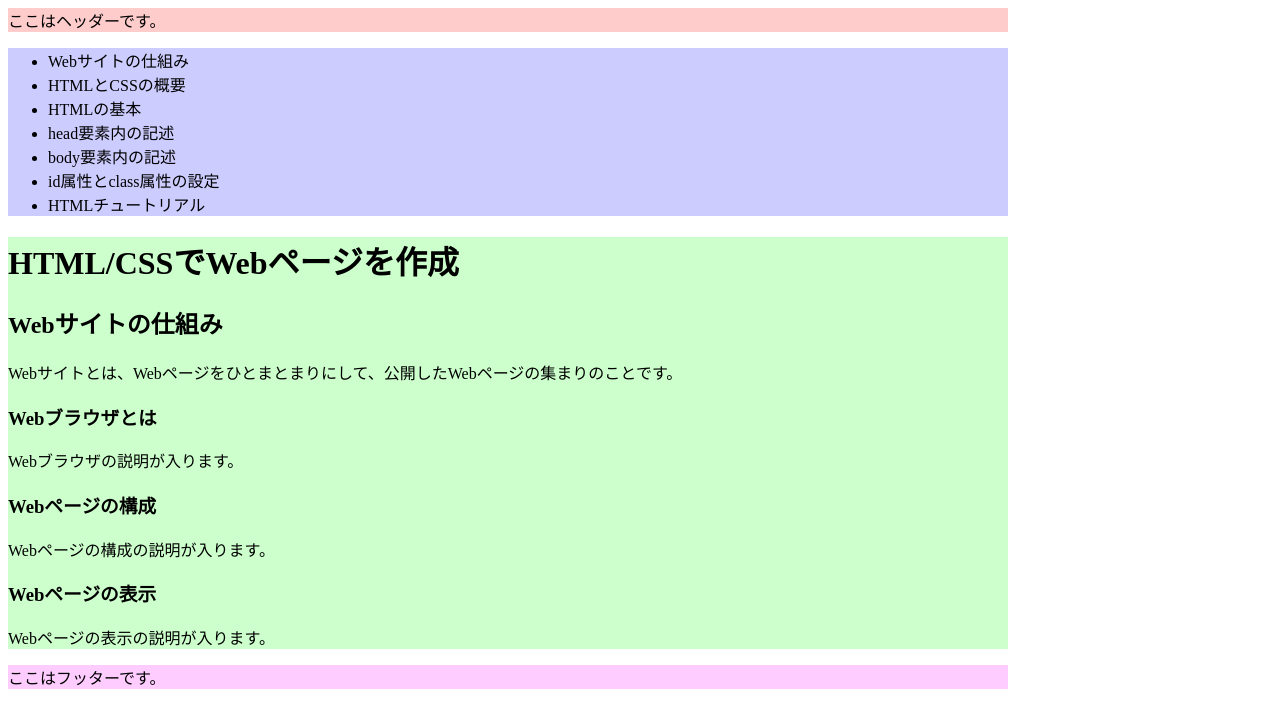
Repository: mikakoakai/kadai-tasklist4
Page: kadai-html.html
The author's editor kept a record of every edit. The page is drawn from the files as they stood at one moment, then again after the next edit.
The browser window is 1280 px wide. The pictures show the whole page.

Above is the page before.

After the next edit:
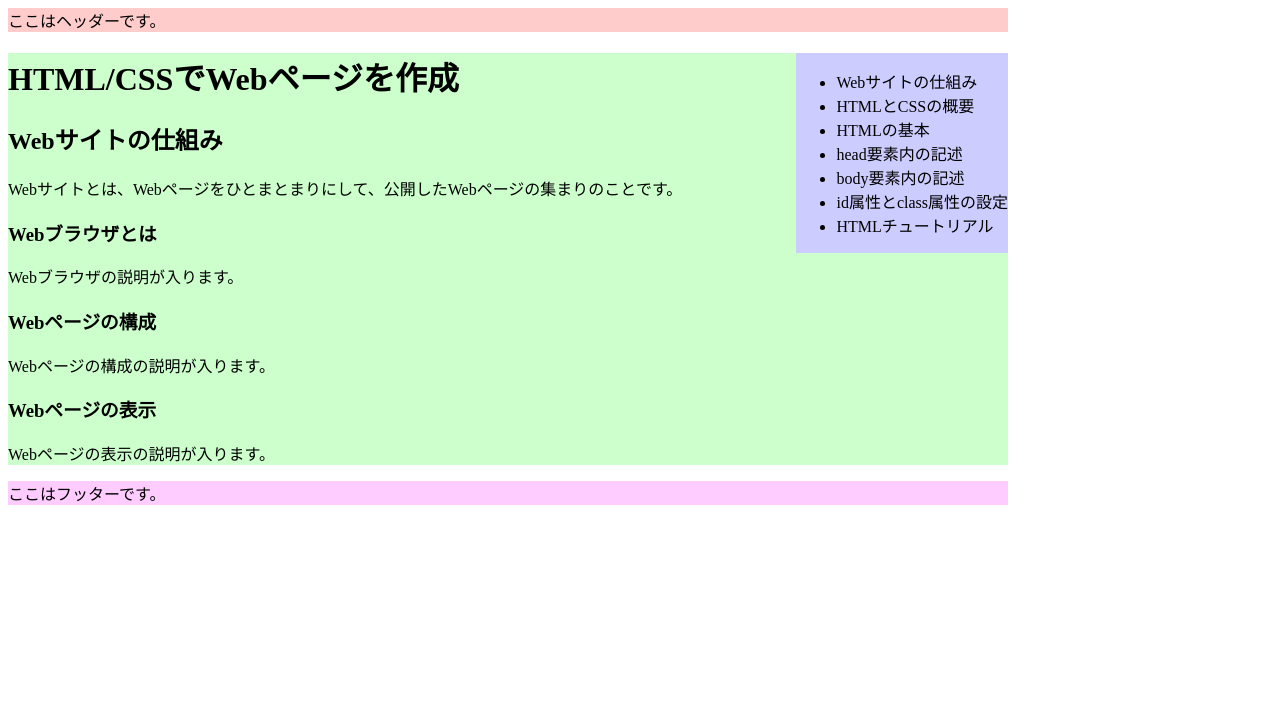
The edit:
--- a/kadai-css.css
+++ b/kadai-css.css
@@ -1,5 +1,7 @@
 body{width:1000px}
 header{background-color: #ffcccc;}
-#menu{background-color: #ccccff;}
+#menu{background-color: #ccccff;
+    float:right;
+}
 #main{background-color: #ccffcc;}
 footer{background-color: #ffccff}
